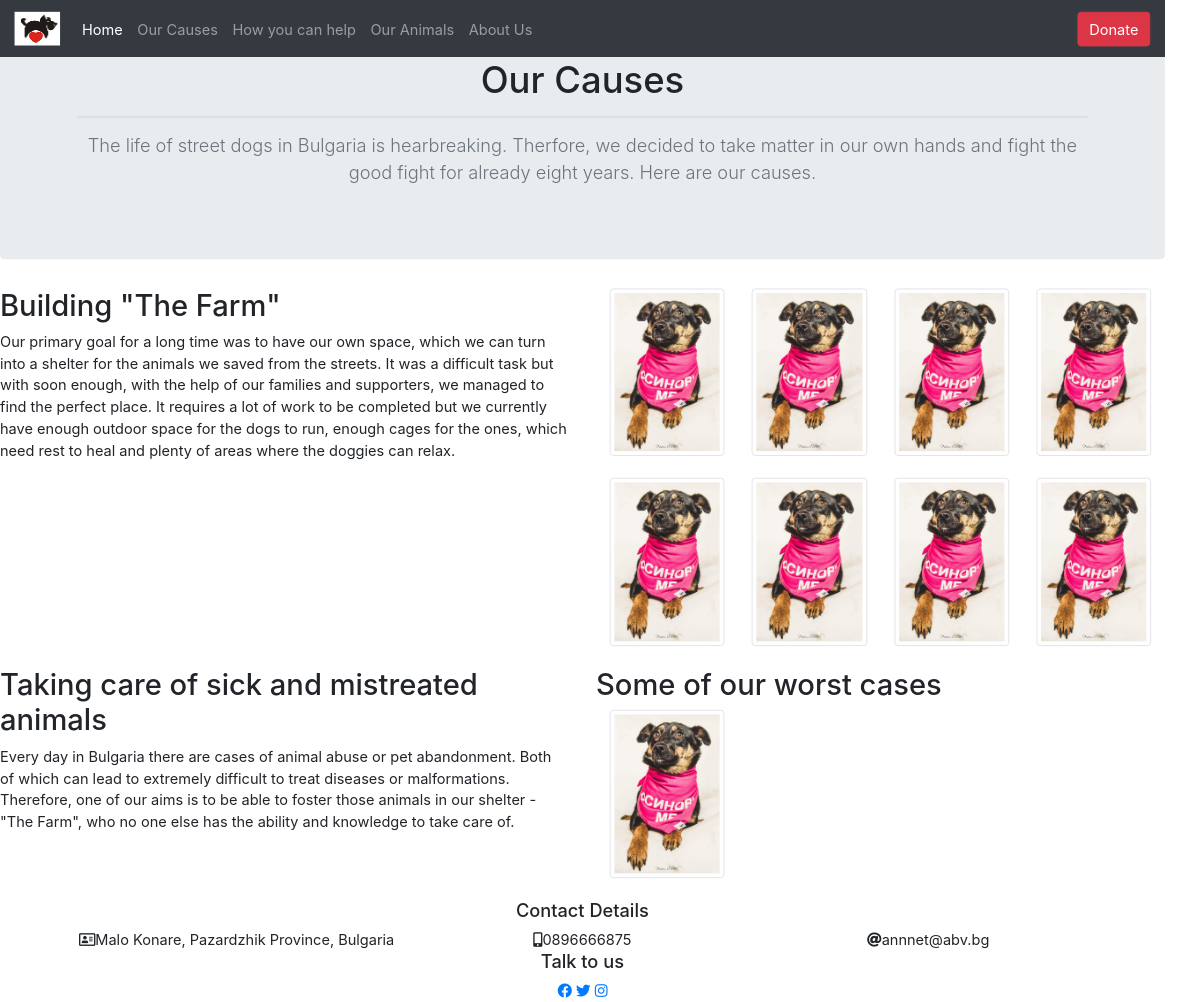
Repository: Naity17/PAW-first-website
Page: Our-Causes.html
The author's editor kept a record of every edit. The page is drawn from the files as they stood at one moment, then again after the next edit.
The browser window is 1280 px wide. The page is 1295 px wide, so the pictures cover 1295 px, including what lies to the right of the window. The pictures show the whole page, at 91% of full size.
Some web libraries are served in a nearby version.

Above is the page before.
Console error: TypeError: Cannot read properties of undefined (reading 'fn')

### Our-Causes.html
<!DOCTYPE html>
<html lang="en">

<head>
    <meta charset="UTF-8">
    <meta name="viewport" content="width=device-width, initial-scale=1.0">
    <meta http-equiv="X-UA-Compatible" content="ie=edge">
    <link rel="stylesheet" href="https://stackpath.bootstrapcdn.com/bootstrap/4.3.1/css/bootstrap.min.css" integrity="sha384-ggOyR0iXCbMQv3Xipma34MD+dH/1fQ784/j6cY/iJTQUOhcWr7x9JvoRxT2MZw1T" crossorigin="anonymous">
    <link rel="stylesheet" href="https://use.fontawesome.com/releases/v5.9.0/css/all.css" integrity="sha384-i1LQnF23gykqWXg6jxC2ZbCbUMxyw5gLZY6UiUS98LYV5unm8GWmfkIS6jqJfb4E" crossorigin="anonymous">
    <script src="https://stackpath.bootstrapcdn.com/bootstrap/4.3.1/js/bootstrap.min.js" integrity="sha384-JjSmVgyd0p3pXB1rRibZUAYoIIy6OrQ6VrjIEaFf/nJGzIxFDsf4x0xIM+B07jRM" crossorigin="anonymous"></script>
    <link rel="stylesheet" href="assets/css/style.css" type="text/css" />
    <title>PAW - Pazardjik Animal Welfare</title>
</head>

<body>
    <header>
        <!-- ---------------NavBar-------------- -->
        <nav class="navbar navbar-expand-md navbar-dark fixed-top bg-dark">
            <a class="navbar-brand" href="index.html">
                <img src="assets/images/general/logo.jpg">
            </a>
            <button class="navbar-toggler collapsed" type="button" data-toggle="collapse" data-target="#navbarCollapse" aria-controls="navbarCollapse" aria-expanded="false" aria-label="Toggle navigation">
              <span class="navbar-toggler-icon"></span>
            </button>
            <div class="navbar-collapse collapse" id="navbarCollapse" style="">
                <ul class="navbar-nav mr-auto">
                    <li class="nav-item active">
                        <a class="nav-link" href="#">Home<span class="sr-only">(current)</span></a>
                    </li>
                    <li class="nav-item">
                        <a class="nav-link" href="#">Our Causes</a>
                    </li>
                    <li class="nav-item">
                        <a class="nav-link" href="#">How you can help</a>
                    </li>
                    <li class="nav-item">
                        <a class="nav-link" href="#">Our Animals</a>
                    </li>
                    <li class="nav-item">
                        <a class="nav-link" href="#">About Us</a>
                    </li>
                </ul>
                <button class="btn btn-danger navbar-btn">Donate</button>
            </div>
        </nav>
        <!-- ---------------End of NavBar-------------- -->
    </header>

    <section id="our-causes">
        <main role="main">
            <section class="jumbotron text-center" id="our-causes-jumbotron">
                <div class="container">
                    <h1 class="jumbotron-heading">Our Causes</h1>
                    <hr>
                    <p class="lead text-muted">The life of street dogs in Bulgaria is hearbreaking. Therfore, we decided to take matter in our own hands and fight the good fight for already eight years. Here are our causes.</p>
                </div>
            </section>
            <section class="text-center" id="shelter">
                <div class="row">
                    <div class="col-xs-12 col-md-6 text-left">
                        <h2>Building "The Farm"</h2>
                        <p>Our primary goal for a long time was to have our own space, which we can turn into a shelter for the animals we saved from the streets. It was a difficult task but with soon enough, with the help of our families and supporters, we managed to find the perfect place. It requires a lot of work to be completed but we currently have enough outdoor space for the dogs to run, enough cages for the ones, which need rest to heal and plenty of areas where the doggies can relax.</p>
                    </div>
                    <div class="col-xs-12 col-md-6">
                        <div class="container">
                            <div class="row">
                                <div class="col-6 col-md-3">
                                    <a class="d-block mb-4 h-100">
                                        <img class="img-fluid img-hover img-thumbnail" src="assets/images/general/carousel-1.jpg" data-toggle="modal" data-target="#Image1" alt="carousel-1.jpg">
                                    </a>
                                    <!-- Modal Content -->
                                    <div class="modal fade" id="Image1" tabindex="-1" role="dialog" aria-hidden="true">
                                        <div class="modal-dialog modal-dialog-centered modal-sm" role="document">
                                            <div class="modal-body">
                                                <img class="img-fluid" src="assets/images/general/carousel-1.jpg" alt="carousel-1.jpg">
                                            </div>
                                        </div>
                                    </div>
                                </div>
                                <div class="col-6 col-md-3">
                                    <a class="d-block mb-4 h-100">
                                        <img class="img-fluid img-hover img-thumbnail" src="assets/images/general/carousel-1.jpg" data-toggle="modal" data-target="#Image1" alt="carousel-1.jpg">
                                    </a>
                                    <!-- Modal Content -->
                                    <div class="modal fade" id="Image1" tabindex="-1" role="dialog" aria-hidden="true">
                                        <div class="modal-dialog modal-dialog-centered modal-sm" role="document">
                                            <div class="modal-body">
                                                <img class="img-fluid" src="assets/images/general/carousel-1.jpg" alt="carousel-1.jpg">
                                            </div>
                                        </div>
                                    </div>
                                </div>
                                <div class="col-6 col-md-3">
                                    <a class="d-block mb-4 h-100">
                                        <img class="img-fluid img-hover img-thumbnail" src="assets/images/general/carousel-1.jpg" data-toggle="modal" data-target="#Image1" alt="carousel-1.jpg">
                                    </a>
                                    <!-- Modal Content -->
                                    <div class="modal fade" id="Image1" tabindex="-1" role="dialog" aria-hidden="true">
                                        <div class="modal-dialog modal-dialog-centered modal-sm" role="document">
                                            <div class="modal-body">
                                                <img class="img-fluid" src="assets/images/general/carousel-1.jpg" alt="carousel-1.jpg">
                                            </div>
                                        </div>
                                    </div>
                                </div>
                                <div class="col-6 col-md-3">
                                    <a class="d-block mb-4 h-100">
                                        <img class="img-fluid img-hover img-thumbnail" src="assets/images/general/carousel-1.jpg" data-toggle="modal" data-target="#Image1" alt="carousel-1.jpg">
                                    </a>
                                    <!-- Modal Content -->
                                    <div class="modal fade" id="Image1" tabindex="-1" role="dialog" aria-hidden="true">
                                        <div class="modal-dialog modal-dialog-centered modal-sm" role="document">
                                            <div class="modal-body">
                                                <img class="img-fluid" src="assets/images/general/carousel-1.jpg" alt="carousel-1.jpg">
                                            </div>
                                        </div>
                                    </div>
                                </div>
                            </div>
                            <div class="row">
                                <div class="col-6 col-md-3">
                                    <a class="d-block mb-4 h-100">
                                        <img class="img-fluid img-hover img-thumbnail" src="assets/images/general/carousel-1.jpg" data-toggle="modal" data-target="#Image1" alt="carousel-1.jpg">
                                    </a>
                                    <!-- Modal Content -->
                                    <div class="modal fade" id="Image1" tabindex="-1" role="dialog" aria-hidden="true">
                                        <div class="modal-dialog modal-dialog-centered modal-sm" role="document">
                                            <div class="modal-body">
                                                <img class="img-fluid" src="assets/images/general/carousel-1.jpg" alt="carousel-1.jpg">
                                            </div>
                                        </div>
                                    </div>
                                </div>
                                <div class="col-6 col-md-3">
                                    <a class="d-block mb-4 h-100">
                                        <img class="img-fluid img-hover img-thumbnail" src="assets/images/general/carousel-1.jpg" data-toggle="modal" data-target="#Image1" alt="carousel-1.jpg">
                                    </a>
                                    <!-- Modal Content -->
                                    <div class="modal fade" id="Image1" tabindex="-1" role="dialog" aria-hidden="true">
                                        <div class="modal-dialog modal-dialog-centered modal-sm" role="document">
                                            <div class="modal-body">
                                                <img class="img-fluid" src="assets/images/general/carousel-1.jpg" alt="carousel-1.jpg">
                                            </div>
                                        </div>
                                    </div>
                                </div>
                                <div class="col-6 col-md-3">
                                    <a class="d-block mb-4 h-100">
                                        <img class="img-fluid img-hover img-thumbnail" src="assets/images/general/carousel-1.jpg" data-toggle="modal" data-target="#Image1" alt="carousel-1.jpg">
                                    </a>
                                    <!-- Modal Content -->
                                    <div class="modal fade" id="Image1" tabindex="-1" role="dialog" aria-hidden="true">
                                        <div class="modal-dialog modal-dialog-centered modal-sm" role="document">
                                            <div class="modal-body">
                                                <img class="img-fluid" src="assets/images/general/carousel-1.jpg" alt="carousel-1.jpg">
                                            </div>
                                        </div>
                                    </div>
                                </div>
                                <div class="col-6 col-md-3">
                                    <a class="d-block mb-4 h-100">
                                        <img class="img-fluid img-hover img-thumbnail" src="assets/images/general/carousel-1.jpg" data-toggle="modal" data-target="#Image1" alt="carousel-1.jpg">
                                    </a>
                                    <!-- Modal Content -->
                                    <div class="modal fade" id="Image1" tabindex="-1" role="dialog" aria-hidden="true">
                                        <div class="modal-dialog modal-dialog-centered modal-sm" role="document">
                                            <div class="modal-body">
                                                <img class="img-fluid" src="assets/images/general/carousel-1.jpg" alt="carousel-1.jpg">
                                            </div>
                                        </div>
                                    </div>
                                </div>
                            </div>
                        </div>
                    </div>
                </div>
            </section>
            <section id="sick-dogs-cause">
                <div class="row">
                    <div class="col">
                        <h2>Taking care of sick and mistreated animals</h2>
                        <p>Every day in Bulgaria there are cases of animal abuse or pet abandonment. Both of which can lead to extremely difficult to treat diseases or malformations. Therefore, one of our aims is to be able to foster those animals in our
                            shelter - "The Farm", who no one else has the ability and knowledge to take care of.</p>
                    </div>
                    <div class="col">
                        <h2>Some of our worst cases</h2>
                        <div class="col-6 col-md-3">
                            <a class="d-block mb-4 h-100">
                                        <img class="img-fluid img-hover img-thumbnail" src="assets/images/general/carousel-1.jpg" data-toggle="modal" data-target="#Image1" alt="carousel-1.jpg">
                                    </a>
                            <!-- Modal Content -->
                            <div class="modal fade" id="Image1" tabindex="-1" role="dialog" aria-hidden="true">
                                <div class="modal-dialog modal-dialog-centered modal-sm" role="document">
                                    <div class="modal-body">
                                        <img class="img-fluid" src="assets/images/general/carousel-1.jpg" alt="carousel-1.jpg">
                                    </div>
                                </div>
                            </div>
                        </div>
                    </div>
                </div>
            </section>

        </main>
    </section>


    <footer class="container text-center footer-details">
        <div class="row">
            <div class="col-12">
                <h5>Contact Details</h5>
            </div>
        </div>
        <div id="contact-details-items" class="row ">
            <div class="col-xs-12 col-md-4 address-item">
                <i class="far fa-address-card"></i>Malo Konare, Pazardzhik Province, Bulgaria
            </div>
            <div class="col-xs-12 col-md-4 phone-number-item">
                <i class="fas fa-mobile-alt"></i>0896666875
            </div>
            <div class="col-xs-12 col-md-4 email-item">
                <i class="fas fa-at"></i>annnet@abv.bg
            </div>
        </div>
        <div class="row" id="social-details">
            <div class="col-12 icons">
                <h5 class="uppercase general-sub">Talk to us</h5>
                <a href="https://www.facebook.com/PAW-Pazardjik-Animal-Welfare-134643483313391/" target="_blank"><i class="fab fa-facebook alignment"></i></a>
                <a href="https://twitter.com/ralito17?lang=en" target="_blank"><i class="fab fa-twitter alignment"></i></a>
                <a href="https://www.instagram.com/?hl=en" target="_blank"><i class="fab fa-instagram alignment"></i></a>
            </div>
        </div>
    </footer>
    <script src="https://code.jquery.com/jquery-3.3.1.slim.min.js" integrity="sha384-q8i/X+965DzO0rT7abK41JStQIAqVgRVzpbzo5smXKp4YfRvH+8abtTE1Pi6jizo" crossorigin="anonymous"></script>
    <script src="https://cdnjs.cloudflare.com/ajax/libs/popper.js/1.14.7/umd/popper.min.js" integrity="sha384-UO2eT0CpHqdSJQ6hJty5KVphtPhzWj9WO1clHTMGa3JDZwrnQq4sF86dIHNDz0W1" crossorigin="anonymous"></script>
    <script src="https://stackpath.bootstrapcdn.com/bootstrap/4.3.1/js/bootstrap.min.js" integrity="sha384-JjSmVgyd0p3pXB1rRibZUAYoIIy6OrQ6VrjIEaFf/nJGzIxFDsf4x0xIM+B07jRM" crossorigin="anonymous"></script>
</body>

</html>

Loaded but not shown: assets/css/style.css (no copy from this time; the picture is the same without it)

After the next edit:
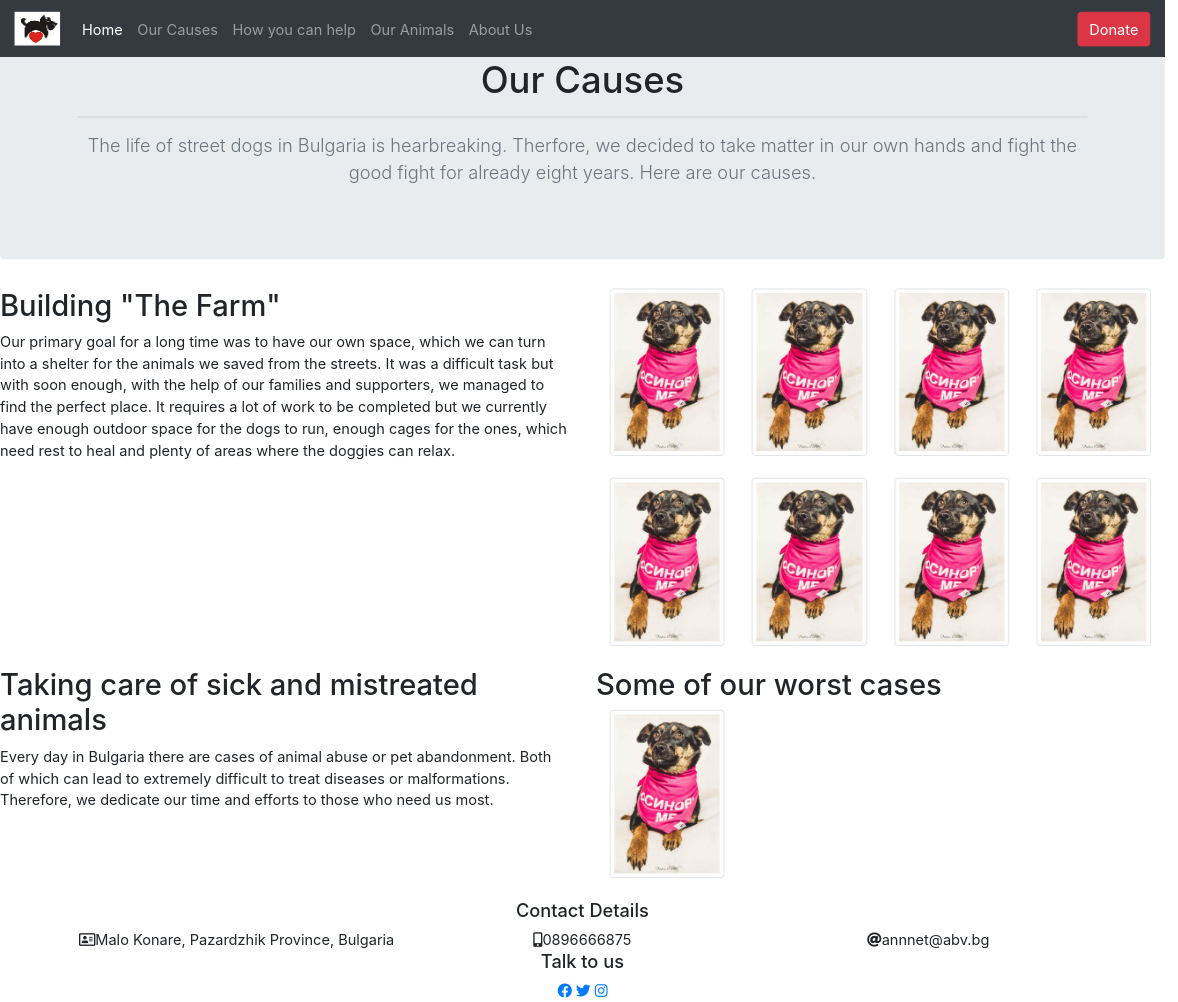
The edit:
--- a/Our-Causes.html
+++ b/Our-Causes.html
@@ -59,7 +59,9 @@
                 <div class="row">
                     <div class="col-xs-12 col-md-6 text-left">
                         <h2>Building "The Farm"</h2>
-                        <p>Our primary goal for a long time was to have our own space, which we can turn into a shelter for the animals we saved from the streets. It was a difficult task but with soon enough, with the help of our families and supporters, we managed to find the perfect place. It requires a lot of work to be completed but we currently have enough outdoor space for the dogs to run, enough cages for the ones, which need rest to heal and plenty of areas where the doggies can relax.</p>
+                        <p>Our primary goal for a long time was to have our own space, which we can turn into a shelter for the animals we saved from the streets. It was a difficult task but with soon enough, with the help of our families and supporters,
+                            we managed to find the perfect place. It requires a lot of work to be completed but we currently have enough outdoor space for the dogs to run, enough cages for the ones, which need rest to heal and plenty of areas where the
+                            doggies can relax.</p>
                     </div>
                     <div class="col-xs-12 col-md-6">
                         <div class="container">
@@ -179,8 +181,7 @@
                 <div class="row">
                     <div class="col">
                         <h2>Taking care of sick and mistreated animals</h2>
-                        <p>Every day in Bulgaria there are cases of animal abuse or pet abandonment. Both of which can lead to extremely difficult to treat diseases or malformations. Therefore, one of our aims is to be able to foster those animals in our
-                            shelter - "The Farm", who no one else has the ability and knowledge to take care of.</p>
+                        <p>Every day in Bulgaria there are cases of animal abuse or pet abandonment. Both of which can lead to extremely difficult to treat diseases or malformations. Therefore, we dedicate our time and efforts to those who need us most.</p>
                     </div>
                     <div class="col">
                         <h2>Some of our worst cases</h2>
